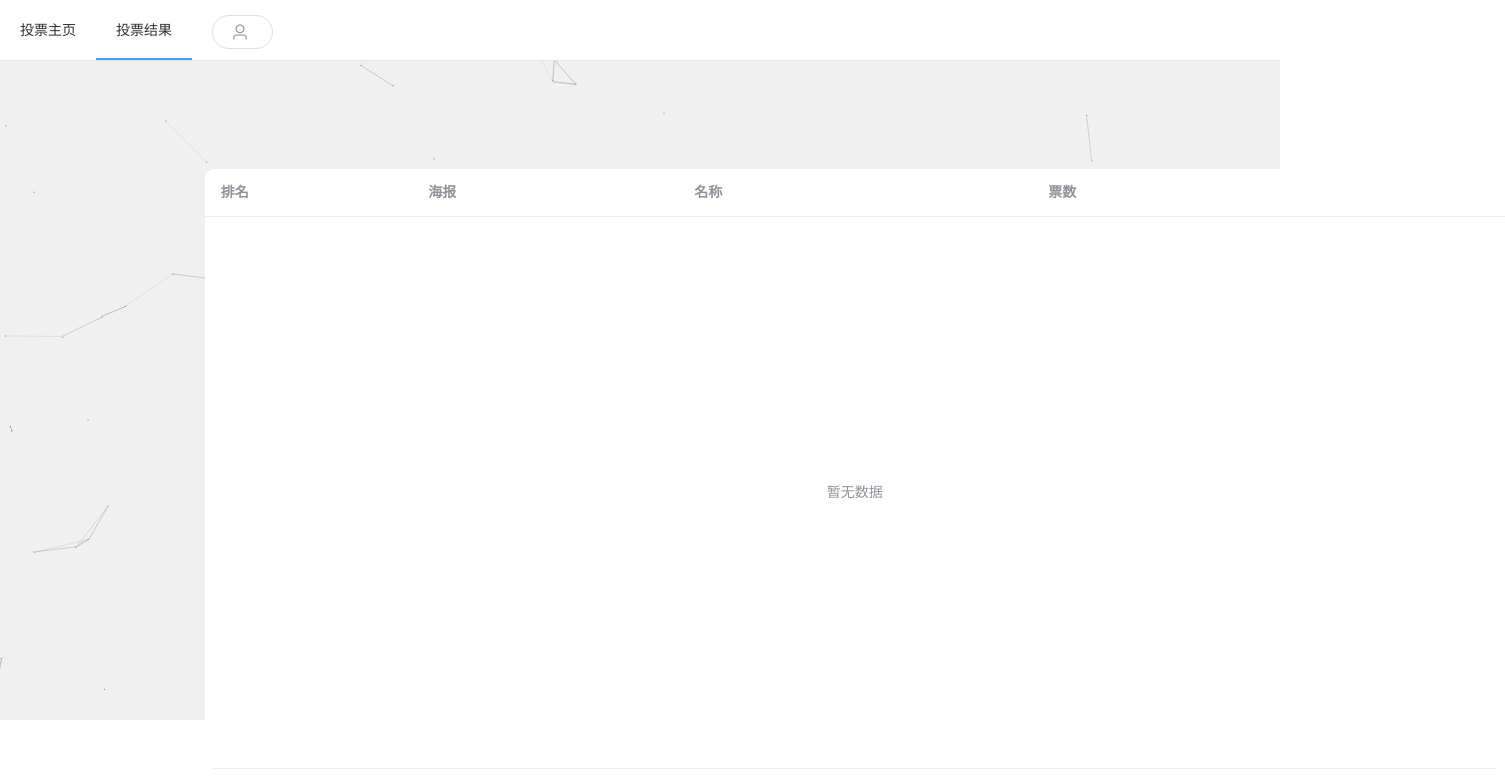
Repository: 280hhh/vote
Page: /#/result
These files come from the project's save history. The page is drawn as it stood at one moment and after the next save; the edit follows.
The browser window is 1280 px wide. The page is 1505 px wide, then 1290 px, so the pictures cover 1505 px, including what lies to the right of the window. The pictures show the whole page.
The project was rebuilt for these pictures with package versions that can differ from the ones it lists, and the page was loaded fresh each time. Also part of the build but not shown: src/components/login.vue, src/components/home.vue, src/components/register.vue.

Above is the page before, as saved 2021-06-16 00:59:55.

### public/index.html
<!DOCTYPE html>
<html lang="">
  <head>
    <meta charset="utf-8">
    <meta http-equiv="X-UA-Compatible" content="IE=edge">
    <meta name="viewport" content="width=device-width,initial-scale=1.0">
    <link rel="icon" href="<%= BASE_URL %>jr.jpg">
    <title>十大热门电影投票</title>
  </head>
  <body>
    <noscript>
      <strong>We're sorry but <%= htmlWebpackPlugin.options.title %> doesn't work properly without JavaScript enabled. Please enable it to continue.</strong>
    </noscript>
    <div id="app"></div>
    <!-- built files will be auto injected -->
  </body>
</html>

### src/App.vue
<template>
      <div id="app">
        <!-- 路由占位符 -->
        <div id="nav" v-if="$route.meta.keepAlive">
        <el-menu :default-active="this.$route.path" router class="el-menu-demo" mode="horizontal">
          <el-menu-item v-for="(item,i) in nvaList" :key="i" :index="item.name">
            <template slot="title">
             <span> {{ item.navItem }}</span>
           </template>
          </el-menu-item>
          <el-menu-item>
            <el-dropdown>
              <el-button icon="el-icon-user" size="mini" round></el-button>
              <el-dropdown-menu slot="dropdown">
                <div v-if="loginUser.username!=''">
                  <el-dropdown-item>用户:{{loginUser.username}}</el-dropdown-item>
                  <el-dropdown-item @click.native="logOut">退出</el-dropdown-item>
                </div>
                <div v-else>
                      <router-link to='/login'>
                        <el-dropdown-item>去登陆</el-dropdown-item>
                      </router-link>
                </div>
              </el-dropdown-menu>
            </el-dropdown>
          </el-menu-item>
        </el-menu>
    </div>
    <router-view></router-view>
    </div>
</template>

<script>
import Canvas from "../canvas-nest.min.js";
export default {
  name:"app",
  components:{
    Canvas
  },
  data(){
    return{
        loginUser:{
        username:'',
        email:'',
        password:'',
        checkPassword:'',
        phoneNumber:''
      },
      nvaList:[
        {name:'/home',navItem:'投票主页'},
        {name:'/result',navItem:'投票结果'}
      ],
    }
  },
  methods:{
    //点击退出登录时
      logOut(){
        for(var item in this.loginUser){
            this.loginUser[item]='';
        }
        localStorage.loginUser=JSON.stringify(this.loginUser);
        location.reload();
      }
  },
  mounted(){
        if(!window.localStorage) this.$message({showClose: true,message: '发生未知错误！',type: 'error'});
        //登录人信息初始化
        if(localStorage.loginUser!=null){
        this.loginUser=JSON.parse(localStorage.loginUser);
        //更新用户组和登陆人的票数和日期
        // this.oldMessage();
        for(var item in this.userGroup){
        }
            localStorage.loginUser=JSON.stringify(this.userGroup[item]);
            localStorage.userGroup=JSON.stringify(this.userGroup);
        }
  },
  created(){
}
}

</script>

<style>
body{
  margin: 0;
  padding: 0;
}
canvas{
    background: rgb(226, 225, 225);
    opacity: 0.3;
}
</style>

### src/router/index.js
import Vue from 'vue'
import VueRouter from 'vue-router'
import Login from '../components/login.vue'
import '../assets/css/global.css'
import Home from '../components/home.vue'
import Register from '../components/register.vue'
import Result from '../components/result.vue'


Vue.use(VueRouter)

const routes = [
  {path:'/',redirect:'/login',meta:{keepAlive:false}},
  {path:'/login',component:Login,meta:{keepAlive:false}},
  {path:'/home',component:Home,meta:{keepAlive:true}},
  {path:'/register',component:Register,meta:{keepAlive:false}},
  {path:'/result',component:Result,meta:{keepAlive:true}}
]

const router = new VueRouter({
  routes
})

export default router

### src/plugins/element.js
import Vue from 'vue'
import { Button } from 'element-ui'
import {Form,FormItem} from 'element-ui'
import {Input} from 'element-ui'
import {Message} from 'element-ui'
import {Menu} from 'element-ui'
import {MenuItem} from 'element-ui'
import {Submenu} from 'element-ui'
import {Dropdown,DropdownItem,DropdownMenu} from 'element-ui'
import {Dialog} from 'element-ui'
import {Table} from 'element-ui'
import {Progress} from 'element-ui'
import {TableColumn} from 'element-ui'

Vue.use(Button)
Vue.use(Form)
Vue.use(FormItem)
Vue.use(Input)
Vue.prototype.$message=Message
Vue.use(Menu)
Vue.use(MenuItem)
Vue.use(Submenu)
Vue.use(Dropdown)
Vue.use(DropdownItem)
Vue.use(DropdownMenu)
Vue.use(Dialog)
Vue.use(Table)
Vue.use(Progress)
Vue.use(TableColumn)

### canvas-nest.min.js
!function(){function o(w,v,i){return w.getAttribute(v)||i}function j(i){return document.getElementsByTagName(i)}function l(){var i=j("script"),w=i.length,v=i[w-1];return{l:w,z:o(v,"zIndex",-1),o:o(v,"opacity",0.5),c:o(v,"color","0,0,0"),n:o(v,"count",110)}}function k(){r=u.width=window.innerWidth||document.documentElement.clientWidth||document.body.clientWidth,n=u.height=window.innerHeight||document.documentElement.clientHeight||document.body.clientHeight}function b(){e.clearRect(0,0,r,n);var w=[f].concat(t);var x,v,A,B,z,y;t.forEach(function(i){i.x+=i.xa,i.y+=i.ya,i.xa*=i.x>r||i.x<0?-1:1,i.ya*=i.y>n||i.y<0?-1:1,e.fillRect(i.x-0.5,i.y-0.5,1,1);for(v=0;v<w.length;v++){x=w[v];if(i!==x&&null!==x.x&&null!==x.y){B=i.x-x.x,z=i.y-x.y,y=B*B+z*z;y<x.max&&(x===f&&y>=x.max/2&&(i.x-=0.03*B,i.y-=0.03*z),A=(x.max-y)/x.max,e.beginPath(),e.lineWidth=A/2,e.strokeStyle="rgba("+s.c+","+(A+0.2)+")",e.moveTo(i.x,i.y),e.lineTo(x.x,x.y),e.stroke())}}w.splice(w.indexOf(i),1)}),m(b)}var u=document.createElement("canvas"),s=l(),c="c_n"+s.l,e=u.getContext("2d"),r,n,m=window.requestAnimationFrame||window.webkitRequestAnimationFrame||window.mozRequestAnimationFrame||window.oRequestAnimationFrame||window.msRequestAnimationFrame||function(i){window.setTimeout(i,1000/45)},a=Math.random,f={x:null,y:null,max:20000};u.id=c;u.style.cssText="position:fixed;top:0;left:0;z-index:"+s.z+";opacity:"+s.o;j("body")[0].appendChild(u);k(),window.onresize=k;window.onmousemove=function(i){i=i||window.event,f.x=i.clientX,f.y=i.clientY},window.onmouseout=function(){f.x=null,f.y=null};for(var t=[],p=0;s.n>p;p++){var h=a()*r,g=a()*n,q=2*a()-1,d=2*a()-1;t.push({x:h,y:g,xa:q,ya:d,max:6000})}setTimeout(function(){b()},100)}();

### src/assets/css/global.css
html,
body,
#app{
  height: 100%;
  margin: 0;
  padding: 0;
}

### src/components/result.vue
<template>
  <div class="result_container">
    <div class="result_box">
      <el-table :data="contestants" stripe height="600" style="width:100%;" >
            <el-table-column width="60" label="排名" align="center">
                <template scope="scope"><span>{{scope.$index + 1}}</span></template>
            </el-table-column>
            <el-table-column min-width="2.1" label="海报" align="center">
                <template slot-scope="scope">
                <img :src="scope.row.src" class="head_pic" style="height:150px"/>
                </template>
            </el-table-column>
            <el-table-column prop="name" label="名称" min-width="1" align="center"></el-table-column>
            <el-table-column prop="votes" min-width="3" align="center" label="票数">
            <template slot-scope="scope">
            <el-progress :show-text="false" :stroke-width="18" :percentage="(scope.row.votes)" :color="colors" >
                </el-progress>
            </template>
            </el-table-column >
            <el-table-column prop="votes"  min-width="1"></el-table-column>
        </el-table>
    </div>
  </div>
</template>

<script>
export default {
data(){
  return{
    contestants:[],
    colors: [
          {color: '#1989fa', percentage: 20},
          {color: '#e6a23c', percentage: 40},
          {color: '#5cb87a', percentage: 60},
          {color: '#f56c6c', percentage: 80},
          {color: '#6f7ad3', percentage: 100}
        ],
  }
},
methods:{
  //进行排名
    sortBy(props) {
    return function(a,b) {
        return   b[props] - a[props];
    }}
},
mounted(){
  let a=JSON.parse(localStorage.contestants);
        for(var item in a){
            this.contestants.push(a[item]);
        }
        this.contestants.sort(this.sortBy("votes"));
  }
}
</script>

<style Lang="less" scoped>
.result_container{
  height: 100%;
}
.result_box{
  position: relative;
  height: 600px;
  width: 1300px;
  top: 15%;
  left: 16%;
  background-color: white;
  overflow: hidden;
  border-radius: 10px;
}
</style>

Loaded but not shown: src/main.js (common file)

After the next save:
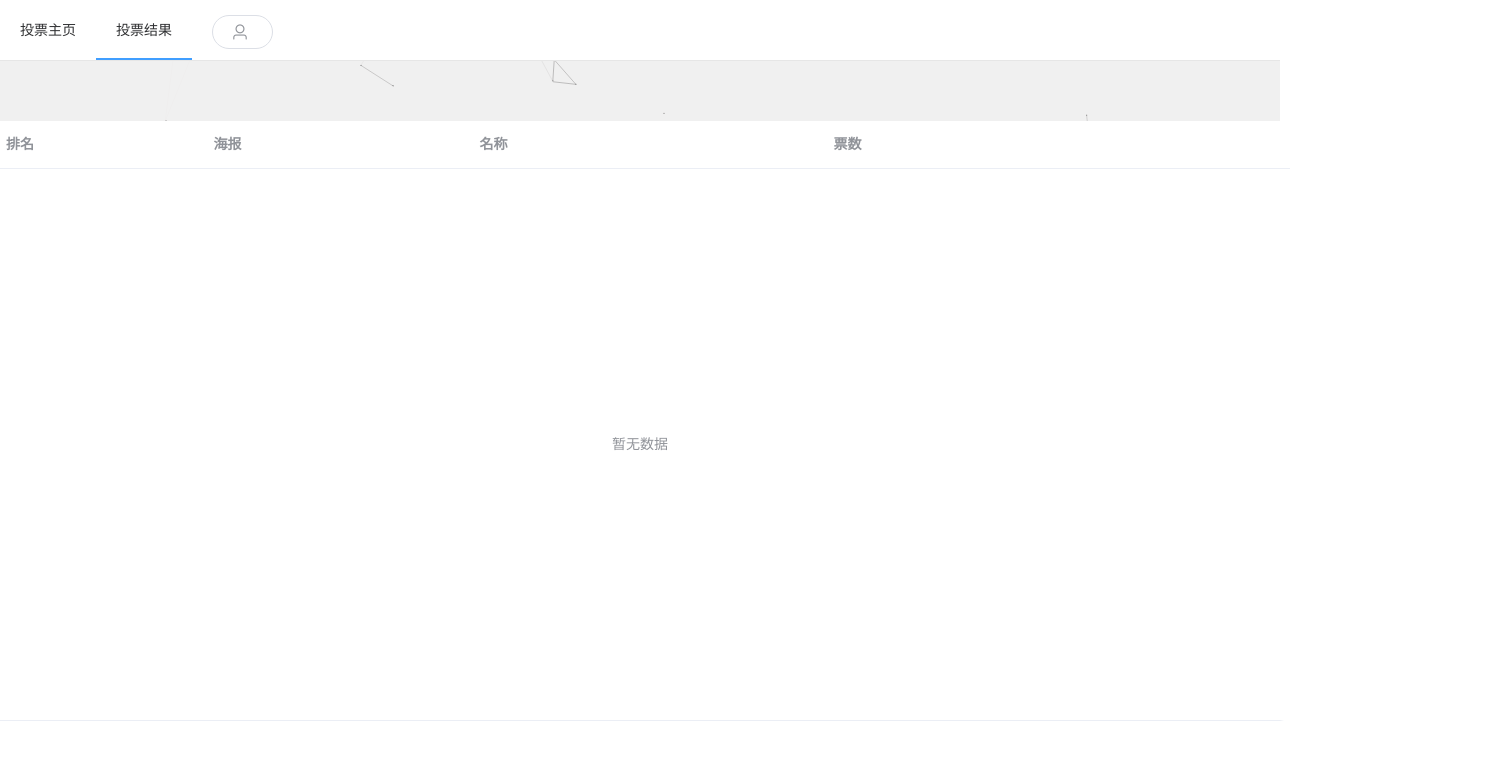
Saved 98 s later.
--- a/src/components/result.vue
+++ b/src/components/result.vue
@@ -62,10 +62,11 @@
   position: relative;
   height: 600px;
   width: 1300px;
-  top: 15%;
-  left: 16%;
+  top: 50%;
+  left: 50%;
   background-color: white;
   overflow: hidden;
   border-radius: 10px;
+  transform: translate(-50%,-50%);
 }
 </style>
